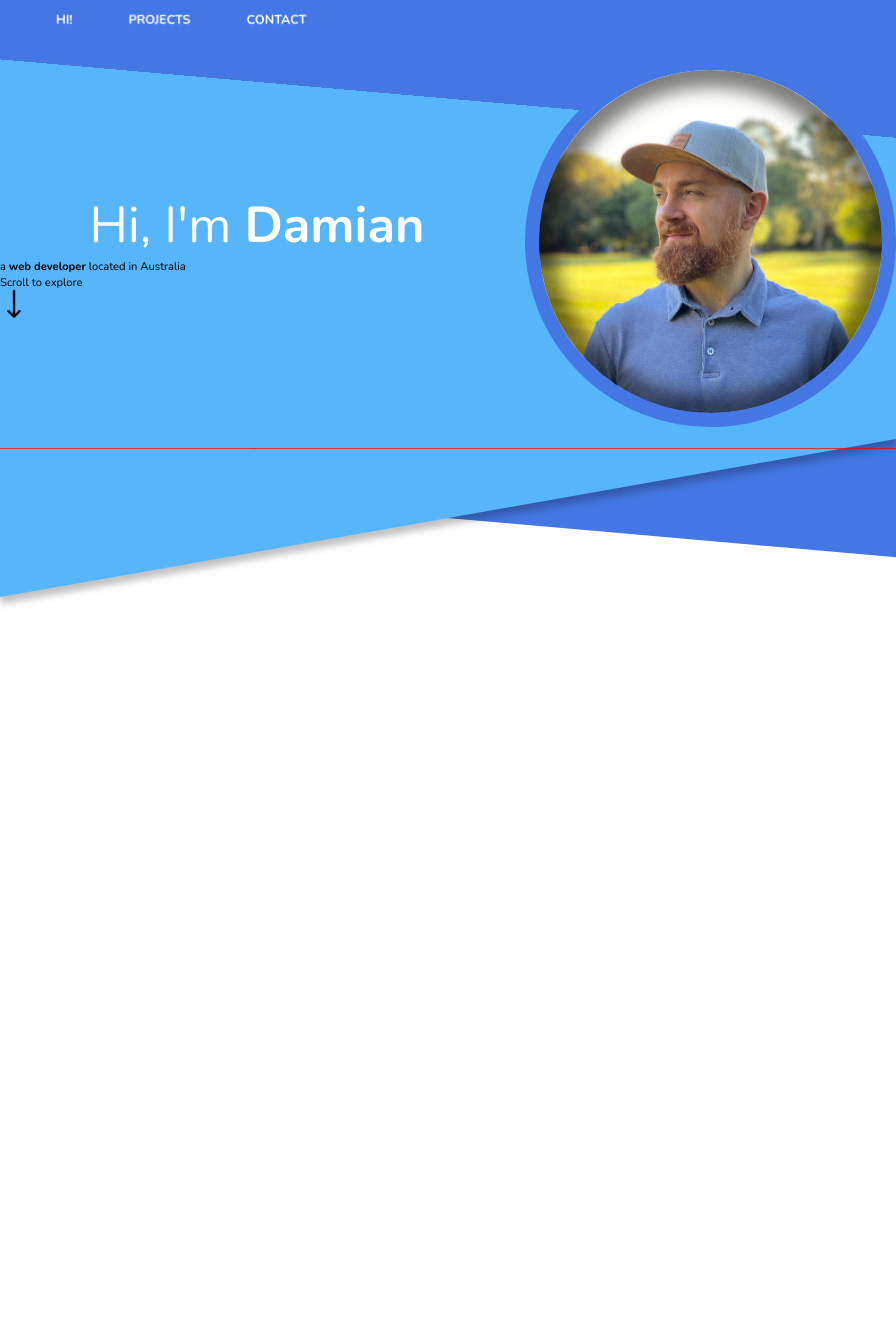
Repository: Colo-Codes/freecodecamp-05-Personal-Portfolio-Webpage
Page: index.html
The author's editor kept a copy of each file at every save. The page is drawn from the files as they stood at one save, then again after the next save.
The browser window is 1280 px wide. The pictures show the part of the page from y = 0 to 1920 px (the page is 3026 px tall), at 70% of full size.

Above is the page before, as saved 2021-06-03 12:57:09.

### index.html
<!DOCTYPE html>
<html lang="en">
<head>
    <meta charset="UTF-8">
    <meta http-equiv="X-UA-Compatible" content="IE=edge">
    <meta name="viewport" content="width=device-width, initial-scale=1.0">
    <link rel="preconnect" href="https://fonts.gstatic.com">
    <link href="https://fonts.googleapis.com/css2?family=Nunito:wght@300;400;700&display=swap" rel="stylesheet">
    <link rel="stylesheet" href="./css/index.css">
    <title>Personal Portfolio Webpage</title>
</head>
<body>
    <header>
        <navbar id="navbar">
            <div id="navbar-container">
                <ul id="navbar-flex-container">
                    <li class="navbar-flex-item">Hi!</li>
                    <li class="navbar-flex-item">Projects</li>
                    <li class="navbar-flex-item">Contact</li>
                </ul>
            </div>
        </navbar>
    </header>

    <section id="welcome-section">
            <div id="welcome-section-container">
                <div id="hero-img" role="img" aria-label="Damian's profile picture: he has a hat, beard, and he is looking left while standing on a green field."></div>
                <h1>Hi, I'm <strong>Damian</strong></h1>
                <p>a <strong>web developer</strong> located in Australia</p>
                <p>Scroll to explore</p>
                <img src="./img/down-arrow.png" alt="Arrow pointing down." height="40px">
            </div>
            <div id="top-layer"></div>
            <div id="bottom-layer"></div>
    </section>

    <section id="projects">
        <h2>My projects</h2>

        <div class="project-card">
            <div class="project-tile">
                <a href="#project1"><h3>#1</h3><h4>Tribute</h4></a>
            </div>
            <p>46 HTML tags</p>
            <p>100 CSS declarations</p>
        </div>

        <div class="project-card">
            <div class="project-tile">
                <a href="#project1"><h3>#2</h3><h4>Survey</h4></a>
            </div>
            <p>46 HTML tags</p>
            <p>100 CSS declarations</p>
        </div>

        <div class="project-card">
            <div class="project-tile">
                <a href="#project1"><h3>#3</h3><h4>Landing</h4></a>
            </div>
            <p>46 HTML tags</p>
            <p>100 CSS declarations</p>
        </div>

        <div class="project-card">
            <div class="project-tile">
                <a href="#project1"><h3>#4</h3><h4>Technical</h4></a>
            </div>
            <p>46 HTML tags</p>
            <p>100 CSS declarations</p>
        </div>

    </section>

    <section id="contact">
        <h2>Connect with me</h2>
        <a href="" id="profile-link" target="_blank"><img src="./img/github.png" width="30px">GitHub</a>
        <a href="" id="profile-link-fcc" target="_blank"><img src="./img/fire.png" width="30px">FCC</a>
        <a href="" id="profile-link-codepen" target="_blank"><img src="./img/3d-outlined-shape.png" width="30px">CodePen</a>
        <a href="" id="profile-link-instagram" target="_blank"><img src="./img/instagram.png" width="30px">Instagram</a>
        <a href="" id="profile-link-twitter" target="_blank"><img src="./img/twitter.png" width="30px">Twitter</a>
        <a href="mailto:damian.demasi.1@gmail.com" id="profile-link-email" target="_blank"><img src="./img/email.png" width="30px">Email</a>
    </section>

    <footer>
        <div>Icons made by <a href="https://www.flaticon.com/authors/pixel-perfect" title="Pixel perfect">Pixel perfect</a> from <a href="https://www.flaticon.com/" title="Flaticon">www.flaticon.com</a></div>
        <div>Icons made by <a href="https://www.flaticon.com/authors/good-ware" title="Good Ware">Good Ware</a> from <a href="https://www.flaticon.com/" title="Flaticon">www.flaticon.com</a></div>
        <div>Icons made by <a href="https://www.freepik.com" title="Freepik">Freepik</a> from <a href="https://www.flaticon.com/" title="Flaticon">www.flaticon.com</a></div>
        <p>By Damian Demasi &copy;</p>
    </footer>
</body>
</html>

### css/index.css
/* @media */

/* The height of the welcome section should be equal to the height of the viewport. */

/* The navbar should always be at the top of the viewport. */

/* Border-box and font-size */
html {
    box-sizing: border-box;
    font-size: 16px;
}
body {
    font-family: 'Nunito', sans-serif;
}

/* Reset margins and set global values */

*, *::before, *::after {
    box-sizing: inherit;
    margin: 0;
    padding: 0;
}

/* Navbar */

#navbar {
    display: block;
    background-color: #4477E3;
    /* 1rem = 16px -> 18.75rem = 300px */
    height: 18.75rem;
    width: 100%;
    transform: skewY(5deg) translateY(-10rem);
    position: fixed;
    z-index: 3;
}
#navbar-container {
    max-width: 90rem;
    margin: auto;

}

#navbar-flex-container {
    display: flex;
    /* align-items: center; */
    /* justify-content: space-around; */
    height: 100%;
    transform: skewY(-5deg) translateY(5rem);
    z-index: 4;
}
.navbar-flex-item {
    list-style: none;
    margin: 6rem 0 0 5rem;
    font-style: normal;
    font-weight: bold;
    font-size: 1.125rem;
    text-transform: uppercase;
    color: white;
}

/* Hero */

#welcome-section-container {
    /* 1440px = 90rem */
    max-width: 90rem;
    height: 40rem;
    margin: auto;
    outline: 1px solid red;
    position: relative;
    z-index: 3;
}

#welcome-section-container h1 {
    padding-top: 17rem;
    margin-left: 8rem;
    font-size: 4.5rem;
    font-weight: 400;
    color: white;
}

#hero-img {
    top: 5rem;
    right: 0rem;
    border-radius: 50%;
    width: 33.125rem;
    height: 33.125rem;
    border: 20px solid #4477E3;
    background: url(../img/6D5BF231-2A3E-4029-9EFE-9C82AF0D506F_1_105_c.jpeg);
    background-position: center;
    background-size: contain;
    background-repeat: no-repeat;
    box-shadow: inset 0px 0px 25px 25px rgba(0, 0, 0, 0.5);
    position: absolute;
    z-index: 3;
}

#top-layer {
    background: #57B5FA;
    /* 1rem = 16px -> 60.31rem = 865px + 100px */
    height: 60.31rem;
    width: 100%;
    transform: skewY(-10deg) translateY( -54.06rem );
    box-shadow: 0px 10px 10px rgba(0, 0, 0, 0.25);
    position: relative;
    z-index: 2;
}

#bottom-layer {
    background: #4477E3;
    /* 1rem = 16px -> 54.06rem = 865px */
    height: 54.06rem;
    width: 100%;
    transform: skewY(5deg) translateY(-108.12rem); /* 54.06 * 2 */
    position: relative;
    z-index: 1;
}

After the next save:
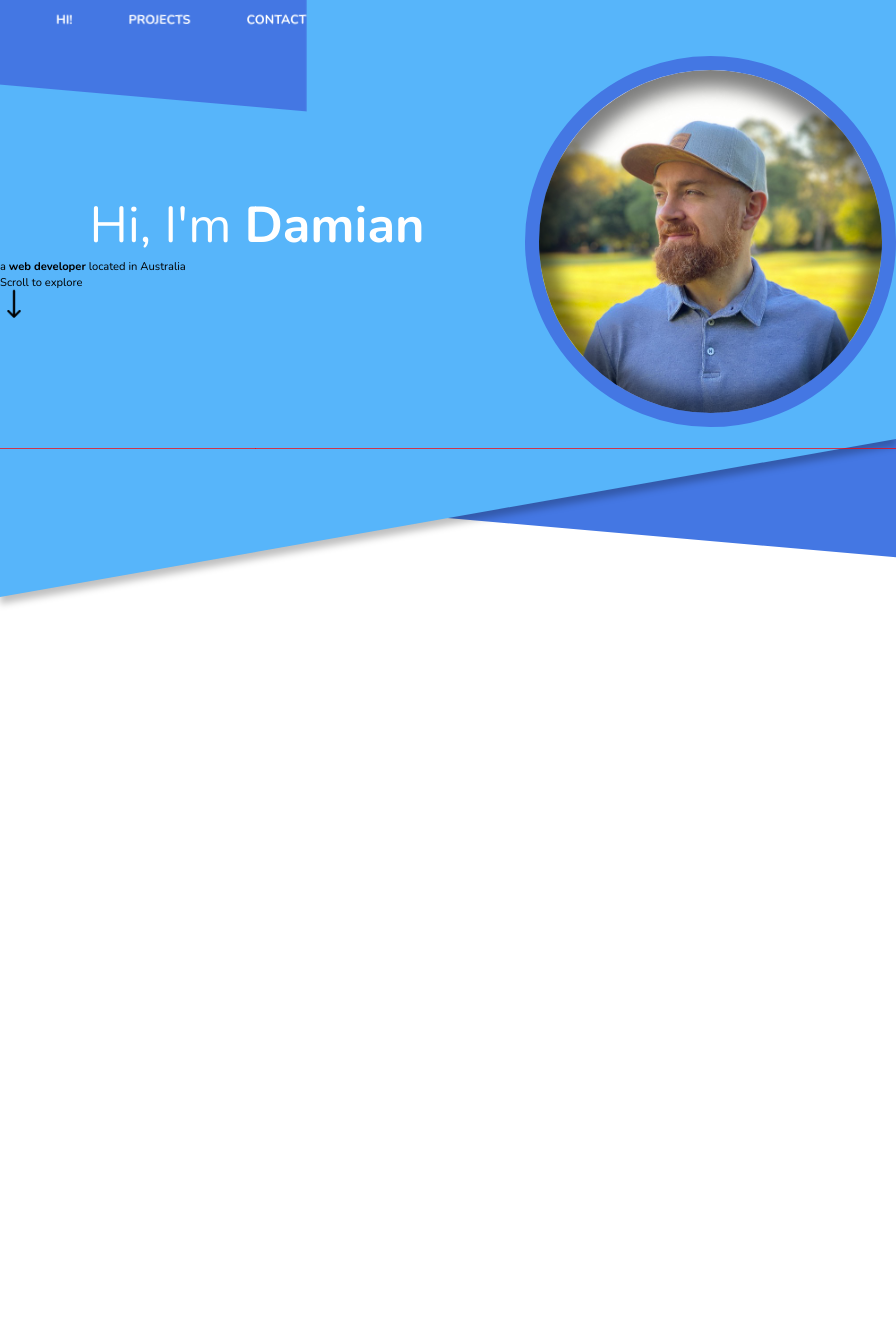
Saved 11 s later.
--- a/css/index.css
+++ b/css/index.css
@@ -28,14 +28,14 @@
     background-color: #4477E3;
     /* 1rem = 16px -> 18.75rem = 300px */
     height: 18.75rem;
-    width: 100%;
+    /* width: 100%; */
+    max-width: 90rem;
+    margin: auto;
     transform: skewY(5deg) translateY(-10rem);
     position: fixed;
     z-index: 3;
 }
 #navbar-container {
-    max-width: 90rem;
-    margin: auto;
 
 }
 

After the save that followed:
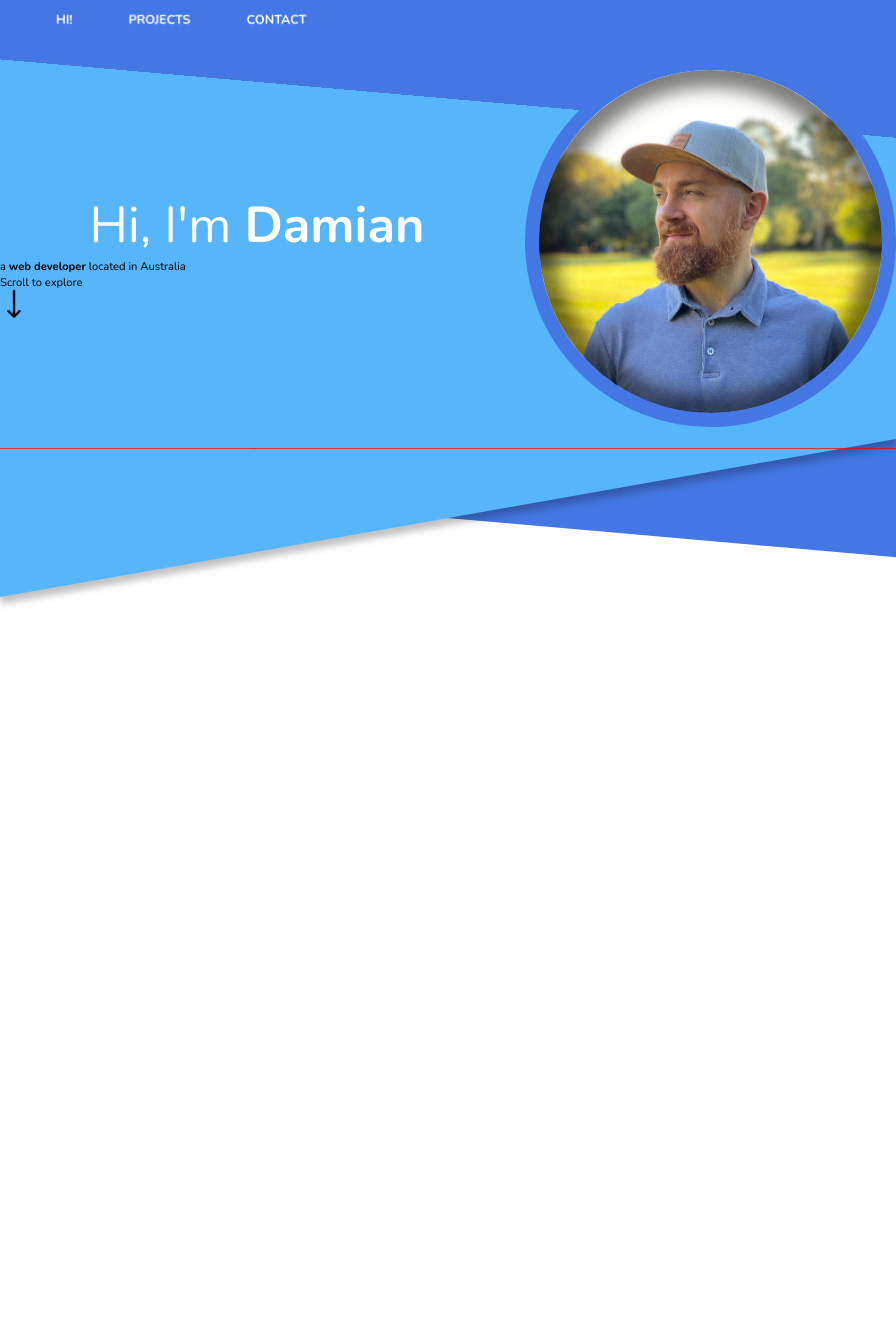
Saved 7 s later.
--- a/css/index.css
+++ b/css/index.css
@@ -28,15 +28,14 @@
     background-color: #4477E3;
     /* 1rem = 16px -> 18.75rem = 300px */
     height: 18.75rem;
-    /* width: 100%; */
-    max-width: 90rem;
-    margin: auto;
+    width: 100%;
     transform: skewY(5deg) translateY(-10rem);
     position: fixed;
     z-index: 3;
 }
 #navbar-container {
-
+    max-width: 90rem;
+    margin: auto;
 }
 
 #navbar-flex-container {
